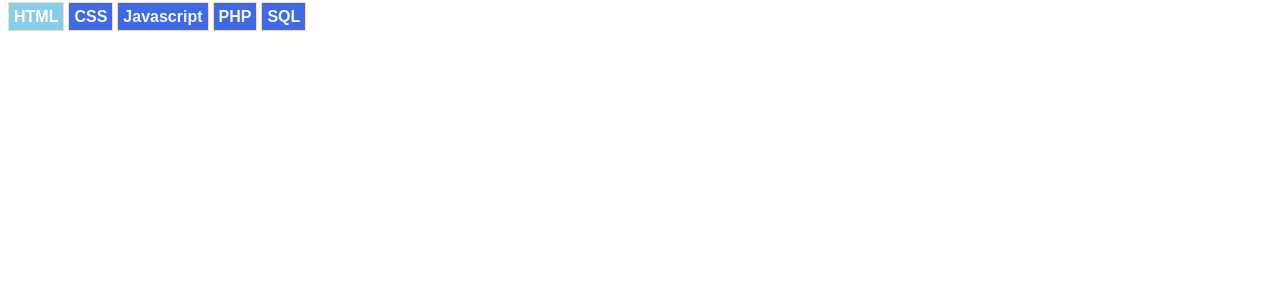
Repository: Pr-DuyTam/HTML-CSS-JS-PHP
Page: CSS/Bài Tập CSS/Bai2.html
An editor plug-in stored every save of this project. The page is shown before and after the next save, followed by the edit.
The browser window is 1280 px wide. The pictures show the whole page.
The first visible `a` is being pressed.

Above is the page before, as saved 2023-08-03 09:09:28.

After the next save:
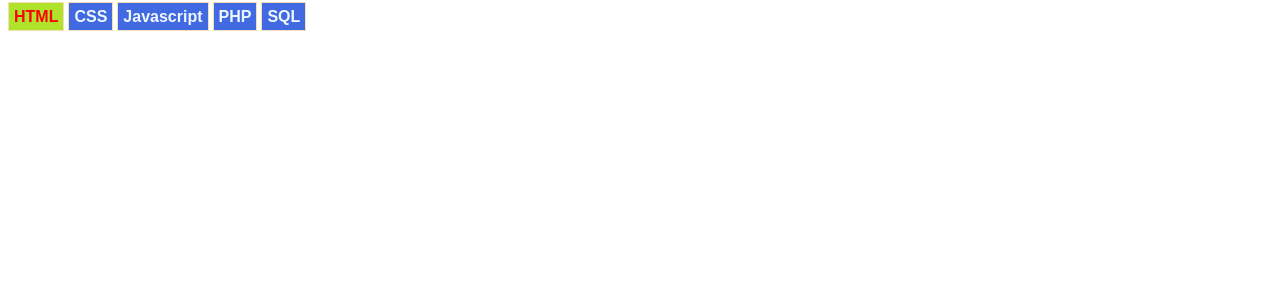
Saved 33 s later.
--- a/CSS/Bài Tập CSS/Bai2.html
+++ b/CSS/Bài Tập CSS/Bai2.html
@@ -28,6 +28,10 @@
             color: yellow;
             background-color: #4169e1;
         }
+        a:active{
+            color: red;
+            background-color: #aee22b;
+        }
     </style>
 </head>
 <body>
